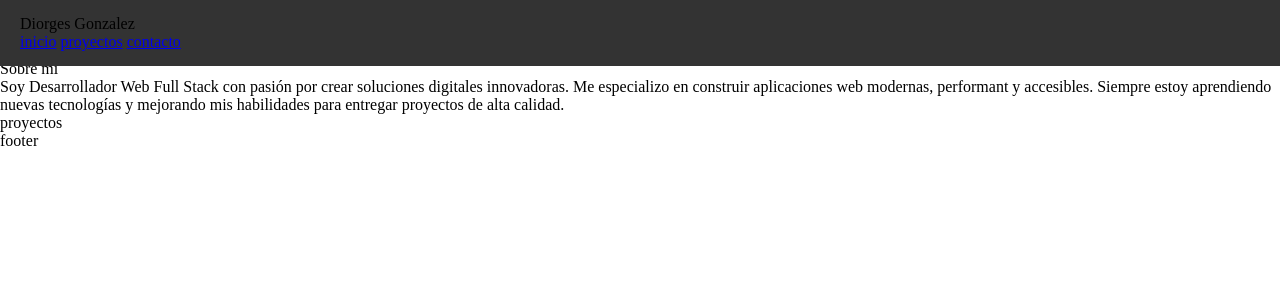
Repository: DenLion09/DenLion09.dots
Page: javascipt_withow_filter/basic/ejercisios/portfolio2/index.html
The author's editor kept a copy of each file at every save. The page is drawn from the files as they stood at one save, then again after the next save.
The browser window is 1280 px wide. The pictures show the whole page.

Above is the page before, as saved 2026-05-17 23:03:40.

### javascipt_withow_filter/basic/ejercisios/portfolio2/index.html
<!doctype html>
<html lang="es">
  <head>
    <meta charset="UTF-8" />
    <meta name="viewport" content="width=device-width, initial-scale=1.0" />
    <link rel="stylesheet" href="style.css" />
    <title>Document</title>
  </head>
  <body>
    <header>
      <p>Diorges Gonzalez</p>
      <nav class="movile-nav">
        <a href="#inicio">inicio</a> <a href="#proyectos">proyectos</a>
        <a href="#contacto">contacto</a>
      </nav>
    </header>
    <section id="sobre-mi">
      <p>Sobre mí</p>
      <p>
        Soy Desarrollador Web Full Stack con pasión por crear soluciones
        digitales innovadoras. Me especializo en construir aplicaciones web
        modernas, performant y accesibles. Siempre estoy aprendiendo nuevas
        tecnologías y mejorando mis habilidades para entregar proyectos de alta
        calidad.
      </p>
    </section>
    <section id="proyectos">
      <p>proyectos</p>
    </section>
    <footer>
      <p>footer</p>
    </footer>
  </body>
</html>

### javascipt_withow_filter/basic/ejercisios/portfolio2/style.css
* {
  margin: 0%;
  padding: 0%;
  box-sizing: border-box;
}

body {
  padding-top: 60px;
}

header {
  position: fixed;
  top: 0;
  width: 100%;
  background: #333;
  padding: 15px 20px;
}

nav {
  color: white;
  text-decoration: none;
  margin-right: 20px;
}

nav:hover {
  color: #f39c12;
}

After the next save:
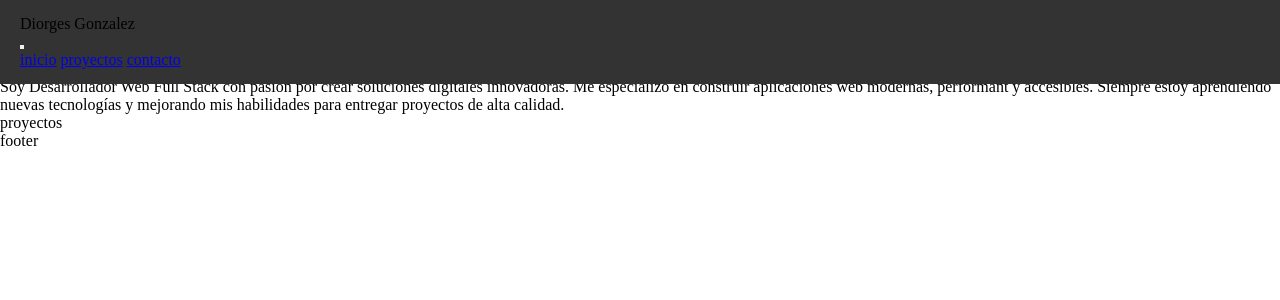
Saved 2 min 54 s later.
--- a/javascipt_withow_filter/basic/ejercisios/portfolio2/index.html
+++ b/javascipt_withow_filter/basic/ejercisios/portfolio2/index.html
@@ -9,6 +9,7 @@
   <body>
     <header>
       <p>Diorges Gonzalez</p>
+      <button class="menu-toggle"></button>
       <nav class="movile-nav">
         <a href="#inicio">inicio</a> <a href="#proyectos">proyectos</a>
         <a href="#contacto">contacto</a>
